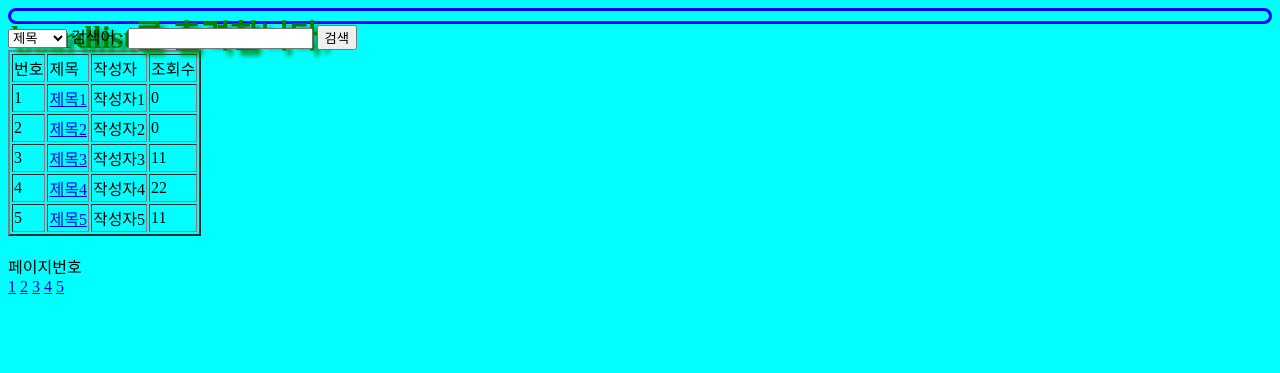
Repository: Pang-Ho/TIL
Page: JavaScript/workspace_web/htmltest/WebContent/boardlist.html
An editor plug-in stored every save of this project. The page is shown before and after the next save, followed by the edit.
The browser window is 1280 px wide. The pictures show the whole page.

Above is the page before, as saved 2021-08-20 08:36:48.

After the next save:
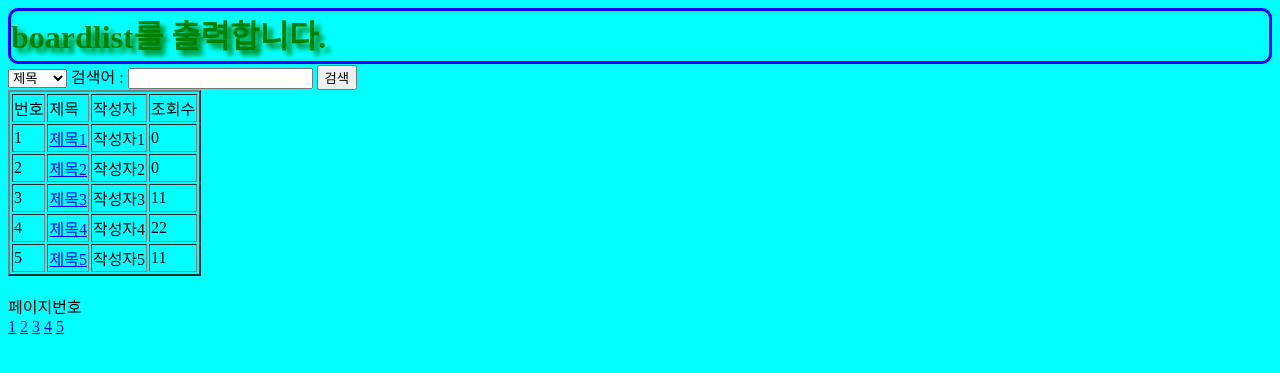
Saved 6 s later.
--- a/JavaScript/workspace_web/htmltest/WebContent/boardlist.html
+++ b/JavaScript/workspace_web/htmltest/WebContent/boardlist.html
@@ -10,7 +10,7 @@
 	h1{
 	color : green;
 	text-shadow : 5px 5px 5px green;
-	height : 10px;
+	height : 50px;
 	border : solid blue;
 	border-radius: 10px 10px 10px 10px;
 	margin:auto;
